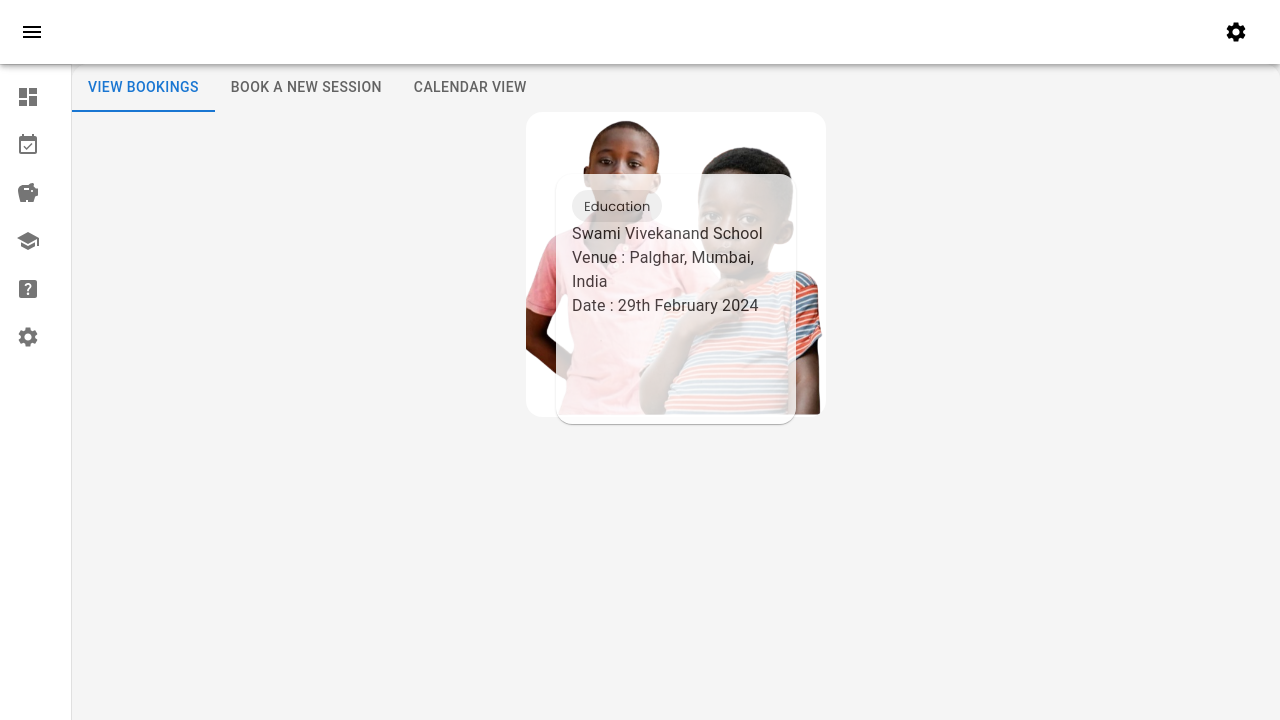
Repository: shubhampirate/Google_Solutions_Edural
Page: /bookings
The author's editor kept a copy of each file at every save. The page is drawn from the files as they stood at one save, then again after the next save.
The browser window is 1280 px wide. The pictures show the whole page.
An inner scrolling area shows only its first screen. The project was rebuilt for these pictures with package versions that can differ from the ones it lists, and the page was loaded fresh each time. Some packages were replaced by stand-ins written for this rebuild. Also part of the build but not shown: src/Components/CustomButton.jsx, src/Components/Navbar.jsx, src/Components/Footer.jsx, src/Components/CongratsCard.jsx, src/pages/Hero/Hero.jsx, src/pages/Dashboard/Dashboard.jsx, src/pages/Sign_in.jsx, src/pages/Bookings/LicenseCard.jsx.

Above is the page before, as saved 2024-02-04 17:55:28.

### src/index.js
import React from "react";
import ReactDOM from "react-dom/client";
import "./index.css";
import { GoogleOAuthProvider } from '@react-oauth/google';
import App from "./App";
import { BrowserRouter } from "react-router-dom";
const root = ReactDOM.createRoot(
    document.getElementById("root"));
root.render(
    <BrowserRouter>
<GoogleOAuthProvider clientId="730379698185-cv7a59sok9sod43v04ee6g6pt4gtaea2.apps.googleusercontent.com">
        {/* <React.StrictMode> */}
            <App />
        {/* </React.StrictMode> */}
    </GoogleOAuthProvider>
    </BrowserRouter>

);

### src/App.jsx
import Hero from "./pages/Hero/Hero";
import Dashboard from "./pages/Dashboard/Dashboard";
import Layout from "./Components/layout";
import SignIn from "./pages/Sign_in";
import Booking from "./pages/Bookings/bookings"
import {useState} from "react";
import { Route, Routes } from "react-router-dom";
function App() {
  return (
    <>
      {/* <Hero />   */}
      {/* <SignIn /> */}
      <Routes>
        <Route path="/signin" element={<><SignIn /></>} />
        <Route path="/dashboard" element={<Layout><Dashboard /></Layout>} />
        {/* <Route path="/education" element={<><Education /></>} /> */}
        <Route path="/bookings" element={<Layout><Booking /></Layout>} />
        {/* <Route path="/profile" element={<><Profile /></>} /> */}
        {/* <Route path="/finance" element={<><Finance /></>} /> */}
        {/* <Route path="/questions" element={<><Questions /></>} /> */}
        {/* <Route path="/retireaibot" element={<><Bot /></>} /> */}
        <Route path="/" element={<><Hero /></>} />
      </Routes>
         </>
  );
}

export default App;

### src/Components/layout.jsx
import React from 'react';
import { styled, createTheme, ThemeProvider } from '@mui/material/styles';
import CssBaseline from '@mui/material/CssBaseline';
import MuiDrawer from '@mui/material/Drawer';
import Box from '@mui/material/Box';
import MuiAppBar from '@mui/material/AppBar';
import Toolbar from '@mui/material/Toolbar';
import IconButton from '@mui/material/IconButton';
import MenuIcon from '@mui/icons-material/Menu';
import ChevronLeftIcon from '@mui/icons-material/ChevronLeft';
import { mainListItems } from './listItems';
import { List } from '@mui/material';
import Divider from '@mui/material/Divider';
import Badge from '@mui/material/Badge';
// import NotificationsIcon from '@mui/icons-material/Notifications';
import Typography from '@mui/material/Typography';
import SettingsIcon from '@mui/icons-material/Settings';
const drawerWidth = 240;

const AppBar = styled(MuiAppBar, {
  shouldForwardProp: (prop) => prop !== 'open',
})(({ theme, open }) => ({
  zIndex: theme.zIndex.drawer + 1,
  transition: theme.transitions.create(['width', 'margin'], {
    easing: theme.transitions.easing.sharp,
    duration: theme.transitions.duration.leavingScreen,
  }),
  ...(open && {
    marginLeft: drawerWidth,
    width: `calc(100% - ${drawerWidth}px)`,
    transition: theme.transitions.create(['width', 'margin'], {
      easing: theme.transitions.easing.sharp,
      duration: theme.transitions.duration.enteringScreen,
    }),
  }),
  backgroundColor: 'white', // Set background color to white
  color: 'black',
}));

const Drawer = styled(MuiDrawer, { shouldForwardProp: (prop) => prop !== 'open' })(
  ({ theme, open }) => ({
    '& .MuiDrawer-paper': {
      position: 'relative',
      whiteSpace: 'nowrap',
      width: drawerWidth,
      transition: theme.transitions.create('width', {
        easing: theme.transitions.easing.sharp,
        duration: theme.transitions.duration.enteringScreen,
      }),
      boxSizing: 'border-box',
      ...(!open && {
        overflowX: 'hidden',
        transition: theme.transitions.create('width', {
          easing: theme.transitions.easing.sharp,
          duration: theme.transitions.duration.leavingScreen,
        }),
        width: theme.spacing(7),
        [theme.breakpoints.up('sm')]: {
          width: theme.spacing(9),
        },
      }),
    },
  }),
);

const defaultTheme = createTheme();

const Layout = ({ children }) => {
  const [open, setOpen] = React.useState(false);

  const toggleDrawer = () => {
    setOpen(!open);
  };

  return (
    <ThemeProvider theme={defaultTheme}>
      <Box sx={{ display: 'flex' }}>
        <CssBaseline />
        <AppBar position="absolute" open={open}
        //  sx={{
        //         backgroundColor:
        //         // "rgba(244, 127, 42, 0.04)",
        //         (theme) =>
        //         theme.palette.mode === 'light'
        //             ? theme.palette.grey[100]
        //             : theme.palette.grey[900]}}
                    >
          <Toolbar
            sx={{
              pr: '24px', // keep right padding when drawer closed
            }}
          >
            <IconButton
              edge="start"
              color="inherit"
              aria-label="open drawer"
              onClick={toggleDrawer}
              sx={{
                marginRight: '36px',
                ...(open && { display: 'none' }),
              }}
            >
              <MenuIcon />
            </IconButton>
            <Typography
              component="h1"
              variant="h6"
              color="inherit"
              noWrap
              sx={{ flexGrow: 1 }}
            >
              {/* Dashboard */}
            </Typography>
            <IconButton color="inherit">
              {/* <Badge badgeContent={4} color="secondary"> */}
                <SettingsIcon />
              {/* </Badge> */}
            </IconButton>

          </Toolbar>
        </AppBar>
        <Drawer variant="permanent" open={open}>
          <Toolbar
            sx={{
              display: 'flex',
              alignItems: 'center',
              justifyContent: 'flex-end',
              px: [1],
            }}
          >
            <IconButton onClick={toggleDrawer}>
              <ChevronLeftIcon />
            </IconButton>
          </Toolbar>
          <Divider />
            <List component="nav">
                {mainListItems}
            </List>
        </Drawer>
        <Box
          component="main"
          sx={{
            backgroundColor: (theme) =>
              theme.palette.mode === 'light'
                ? theme.palette.grey[100]
                : theme.palette.grey[900],
            flexGrow: 1,
            height: '100vh',
            overflow: 'auto',
          }}
        >
          <Toolbar />
          {/* Content of individual pages */}
          {children}
        </Box>
      </Box>
    </ThemeProvider>
  );
};

export default Layout;

### src/pages/Bookings/bookings.jsx
import React, { useState, useEffect } from 'react';
import { styled, createTheme, ThemeProvider } from '@mui/material/styles';
import CssBaseline from '@mui/material/CssBaseline';
import Box from '@mui/material/Box';
import Tabs from '@mui/material/Tabs';
import Tab from '@mui/material/Tab';
import Card from '@mui/material/Card';
import CardContent from '@mui/material/CardContent';
import Typography from '@mui/material/Typography';
import GoogleMapReact from 'google-map-react'; // Install with npm/yarn
import FullCalendar from '@fullcalendar/react'; // Install with npm/yarn
import dayGridPlugin from '@fullcalendar/daygrid'; // Install with npm/yarn
import LicenseCard from './LicenseCard';
import { CardActions, Button } from '@mui/material';
import Chip from '@mui/material/Chip';
import CustomButton from '../../Components/CustomButton';
import heroImg from "../../media/img_main_page.png";
const defaultTheme = createTheme();

// Placeholder data for bookings and calendar events
const bookingsData = [
  { id: 1, title: 'Booking 1', date: '2024-02-10' },
  { id: 2, title: 'Booking 2', date: '2024-02-15' },
  // Add more booking data as needed
];
const ImageOverlayCard = ({ imgSrc, category, title, venue, date, buttonText }) => {
  return (
    <Box sx={{ position: 'relative', textAlign: 'center' }}>
      <img
        src={imgSrc}
        alt="heroImg"
        style={{ maxWidth: '10rem', maxHeight: '10rem', borderRadius: '50%' }}
      />
      <Card
        variant="solid"
        color="primary"
        sx={{
          boxShadow: 'lg',
          width: 400,
          position: 'absolute',
          top: '50%',
          left: '50%',
          transform: 'translate(-50%, -50%)',
          backgroundColor: (theme) => theme.palette.primary.main,
          opacity: 0.8,
        }}
      >
        <Box sx={{ display: 'flex', gap: 1 }}>
          <Chip size="sm" variant="soft" label={category} />
        </Box>
        <CardContent>
          <Typography level="title-lg">{title}</Typography>
          <Typography level="body-md">Venue: {venue}</Typography>
          <Typography level="body-md">Date: {date}</Typography>
        </CardContent>
        <CardActions>
          <CustomButton backgroundColor="#F47F2A" color="#fff" buttonText={buttonText} heroBtn={true} />
        </CardActions>
      </Card>
    </Box>
  );
};
const calendarEvents = [
  { id: 1, title: 'Event 1', start: '2024-02-10', end: '2024-02-12' },
  { id: 2, title: 'Event 2', start: '2024-02-15', end: '2024-02-18' },
  // Add more calendar event data as needed
];

const AnyReactComponent = ({ text }) => <div>{text}</div>;

export default function Booking() {
  const [tabValue, setTabValue] = useState(0);

  const handleChangeTab = (event, newValue) => {
    setTabValue(newValue);
  };

  return (
    <ThemeProvider theme={defaultTheme}>
      <Box sx={{ display: 'flex', borderRadius: '16px', overflow: 'hidden', boxShadow: '0px 0px 10px rgba(0, 0, 0, 0.1)' }}>
        <CssBaseline />
        <Box
          component="main"
          sx={{
            backgroundColor: (theme) =>
              theme.palette.mode === 'light'
                ? theme.palette.grey[100]
                : theme.palette.grey[900],
            flexGrow: 1,
            height: '100vh',
            overflow: 'hidden',
          }}
        >
          <Tabs value={tabValue} onChange={handleChangeTab}>
            <Tab label="View Bookings" />
            <Tab label="Book a New Session" />
            <Tab label="Calendar View" />
          </Tabs>

          {tabValue === 0 && (
             <Box position="relative" maxWidth="300px" margin="auto" marginBottom="2rem">
             <img
               src={heroImg}
               alt="card-background"
               style={{
                 width: '100%',
                 height: 'auto',
                 borderRadius: '16px',
                 objectFit: 'cover',
               }}
             />
             <Card
               sx={{
                 position: 'absolute',
                 top: '20%', // Start from around 20% from the top
                 left: '10%', // Adjust as needed
                 right: '10%', // Adjust as needed
                 backgroundColor: (theme) => theme.palette.background.paper,
                 opacity: 0.8,
                 borderRadius: '16px',
                 minHeight: '80%', // Adjust as needed
                 overflow: 'auto',
               }}
             >
               <CardContent>
               <Chip size="sm" variant="soft" label="Education" />

           <Typography level="title-lg"> Swami Vivekanand School </Typography>
        <Typography level="body-md">
         Venue : Palghar, Mumbai, India
        </Typography>
        <Typography level="body-md">
         Date : 29th February 2024
        </Typography>
               </CardContent>
             </Card>
           </Box>
    //    <Box position="relative" maxWidth="300px" margin="auto" marginBottom="2rem">
    //    <img
    //      src={heroImg}
    //      alt="card-background"
    //      style={{
    //        width: '100%',
    //        height: 'auto',
    //        borderRadius: '16px',
    //        objectFit: 'cover',
    //      }}
    //    />
    //    <Card
    //      sx={{
    //        position: 'absolute',
    //        bottom: '-20%', // Adjust as needed (negative value starts from above the image)
    //        left: '10%', // Adjust as needed
    //        right: '10%', // Adjust as needed
    //        backgroundColor: (theme) => theme.palette.background.paper,
    //        opacity: 1,
    //        borderRadius: '16px',
    //      }}
    //    >
    //      <CardContent>
    //      <Chip size="sm" variant="soft" label="Education" />

    //        <Typography level="title-lg"> Swami Vivekanand School </Typography>
    //     <Typography level="body-md">
    //      Venue : Palghar, Mumbai, India
    //     </Typography>
    //     <Typography level="body-md">
    //      Date : 29th February 2024
    //     </Typography>
    //        {/* <Chip label="hello" size="small" sx={{ marginTop: '8px' }} /> */}
    //      </CardContent>
    //    </Card>
    //  </Box>
//             <Box>
//               <div className="">
//               <Box sx={{ flex: "0.75" }}>
//             <img
//               src={heroImg}
//               alt="heroImg"
//               style={{ maxWidth: "10rem", maxHeight: "10rem"}}

//             />

//               <Card
//       variant="solid"
//       color="primary"

//       sx={{
//         boxShadow: 'lg',
//             width: 400,
//             overflow: 'auto',
//             resize: 'horizontal',
//             marginLeft: '2rem',
//             marginTop: '2rem',
//             position: 'absolute',
//             top: '25%', // Adjust as needed
//           left: '10%', // Adjust as needed
//             // backgroundColor: (theme) => theme.palette.primary.main,
//             opacity: 1, // Adjust the opacity as needed


//       }}
//     >
//       <Box sx={{ display: 'flex', gap: 1 }}>
//         <Chip size="sm" variant="soft" label="Education" />

//         {/* <Chip size="sm" variant="soft" label="Chip Filled" /> */}

//       </Box>
//       <div>
//           <Typography fontSize="sm" textColor="text.tertiary">
// {/*
//           </Typography> */}
//         </Typography>
//       </div>
//       <CardContent>
        // <Typography level="title-lg"> Swami Vivekanand School </Typography>
        // <Typography level="body-md">
        //  Venue : Palghar, Mumbai, India
        // </Typography>
        // <Typography level="body-md">
        //  Date : 29th February 2024
        // </Typography>
//       </CardContent>
//       <CardActions>
//       <CustomButton
//               backgroundColor="#F47F2A"
//               color="#fff"
//               buttonText="Navigate to Maps"
//               heroBtn={true}
//             />
//         {/* <Button variant="solid">Purchase Now</Button> */}
//       </CardActions>
//     </Card>
//     </Box>
//     </div>

//             </Box>
          )}

          {tabValue === 1 && (
            <Box>
              {/* Book a New Session Content */}
              {/* Use Google Maps component to search for schools */}
              <GoogleMapReact
                bootstrapURLKeys={{ key: 'YOUR_GOOGLE_MAPS_API_KEY' }}
                defaultCenter={{ lat: 37.7749, lng: -122.4194 }}
                defaultZoom={10}
              >
                <AnyReactComponent lat={37.7749} lng={-122.4194} text="Your Location" />
              </GoogleMapReact>
            </Box>
          )}

          {tabValue === 2 && (
             <Box>
             {/* Calendar View Content */}
             {/* <FullCalendar
               plugins={[dayGridPlugin]}
               initialView="dayGridMonth"
               events={calendarEvents}
             /> */}
           </Box>          )}
        </Box>
      </Box>
    </ThemeProvider>
  );
}

### src/Components/listItems.jsx
import * as React from 'react';
import ListItemButton from '@mui/material/ListItemButton';
import ListItemIcon from '@mui/material/ListItemIcon';
import ListItemText from '@mui/material/ListItemText';
import DashboardIcon from '@mui/icons-material/Dashboard';
import MedicalInformationIcon from '@mui/icons-material/MedicalInformation';
import SavingsIcon from '@mui/icons-material/Savings';
import SchoolIcon from '@mui/icons-material/School';
import HelpCenterIcon from '@mui/icons-material/HelpCenter';
import SettingsIcon from '@mui/icons-material/Settings';
import SmartToyIcon from '@mui/icons-material/SmartToy';
import { Link } from 'react-router-dom';
// import GoogleTranslateComponent from './GoogleTranslateComponent';
import EventAvailableIcon from '@mui/icons-material/EventAvailable';

export const mainListItems = (
  <>
    <React.Fragment>
      <Link to="/dashboard" style={{ textDecoration: "none", color: "black" }}>
        <ListItemButton>
          <ListItemIcon>
            <DashboardIcon />
          </ListItemIcon>
          <ListItemText primary="Dashboard" />
        </ListItemButton>
      </Link>
      <Link to="/bookings" style={{ textDecoration: "none", color: "black" }}>
        <ListItemButton>
          <ListItemIcon>
            <EventAvailableIcon />
          </ListItemIcon>
          <ListItemText primary="Bookings" />
        </ListItemButton>
      </Link>
      <Link to="/donation" style={{ textDecoration: "none", color: "black" }}>
        <ListItemButton>
          <ListItemIcon>
            <SavingsIcon />
          </ListItemIcon>
          <ListItemText primary="Donation" />
        </ListItemButton>
      </Link>
      <Link to="/education" style={{ textDecoration: "none", color: "black" }}>
        <ListItemButton>
          <ListItemIcon>
            <SchoolIcon />
          </ListItemIcon>
          <ListItemText primary="Educational Test" />
        </ListItemButton>
      </Link>
      <Link to="/questions" style={{ textDecoration: "none", color: "black" }}>
        <ListItemButton>
          <ListItemIcon>
            <HelpCenterIcon />
          </ListItemIcon>
          <ListItemText primary="FAQ" />
        </ListItemButton>
      </Link>
      <Link to="/profile" style={{ textDecoration: "none", color: "black" }}>
        <ListItemButton>
          <ListItemIcon>
            <SettingsIcon />
          </ListItemIcon>
          <ListItemText primary="Profile" />
        </ListItemButton>
      </Link>
      {/* <Link to="/retireaibot" style={{ textDecoration: "none", color: "black" }}>
        <ListItemButton>
          <ListItemIcon>
            <SmartToyIcon />
          </ListItemIcon>
          <ListItemText primary="Retire AI Bot" />
        </ListItemButton>
      </Link> */}
    </React.Fragment >
  </>
);

Loaded but not shown: public/index.html (common file); src/index.css (common file)

After the next save:
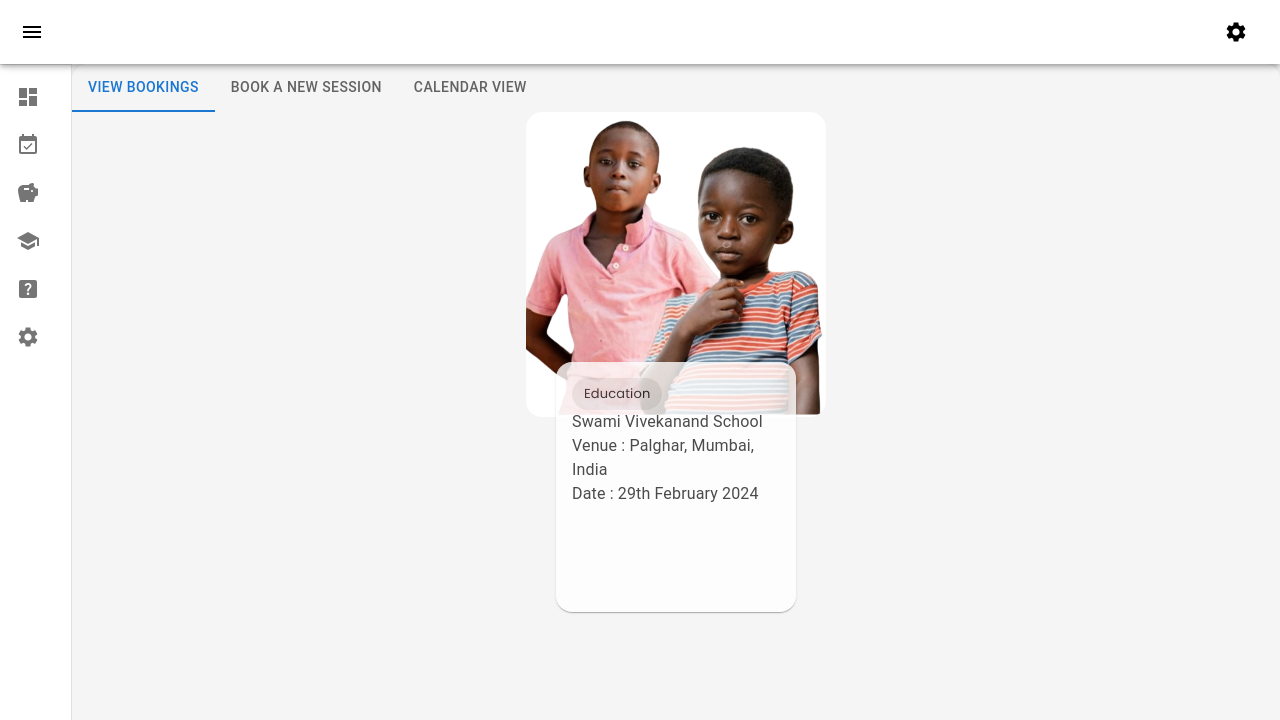
Saved 19 s later.
--- a/src/pages/Bookings/bookings.jsx
+++ b/src/pages/Bookings/bookings.jsx
@@ -112,7 +112,7 @@ export default function Booking() {
              <Card
                sx={{
                  position: 'absolute',
-                 top: '20%', // Start from around 20% from the top
+                 top: '80%', // Start from around 20% from the top
                  left: '10%', // Adjust as needed
                  right: '10%', // Adjust as needed
                  backgroundColor: (theme) => theme.palette.background.paper,
